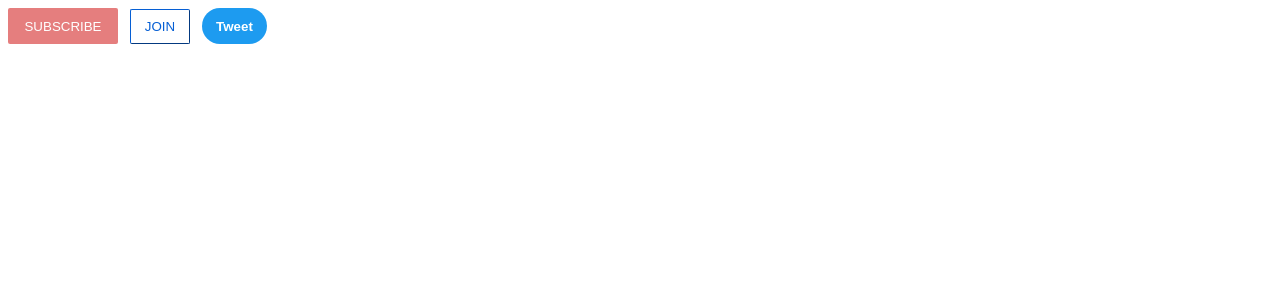
Repository: Kurumilli/Youtube
Page: buttons.html
An editor plug-in stored every save of this project. The page is shown before and after the next save, followed by the edit.
The browser window is 1280 px wide. The pictures show the whole page.
The first visible `.subscribe` is being pressed.

Above is the page before, as saved 2025-01-24 20:56:07.

### buttons.html
<html>
<body>
<style>
.subscribe{
    background-color: rgb(204, 0, 0);
    border:none;
    color: white;
    height: 36px;
    width: 110px;
    border-radius: 2px;
    cursor: pointer;
    transition: 0.15s;
}
    .subscribe:hover{
        opacity: 0.8;
    }

    .subscribe:active{
        opacity: 0.5;
    }

.join{
background-color: white;
color: rgb(6, 95, 212);
border-width: 1px;
height:35px;
width: 60px;
border-color:rgb(6, 95, 212);
border-radius: 2px;
cursor: pointer;
margin-left: 8px;
}

.tweet{
    background-color: rgb(29, 155, 240);
    border: none;
    height: 36px;
    color: white;
    width: 65px;
    border-radius: 18px;
    font-weight: bold;
    margin-left: 8px;

    }
</style>

<button class="subscribe">
    SUBSCRIBE
</button>

<button class="join">
    JOIN
</button>

<button class="tweet">
    Tweet
</button>




</body>
</html>

After the next save:
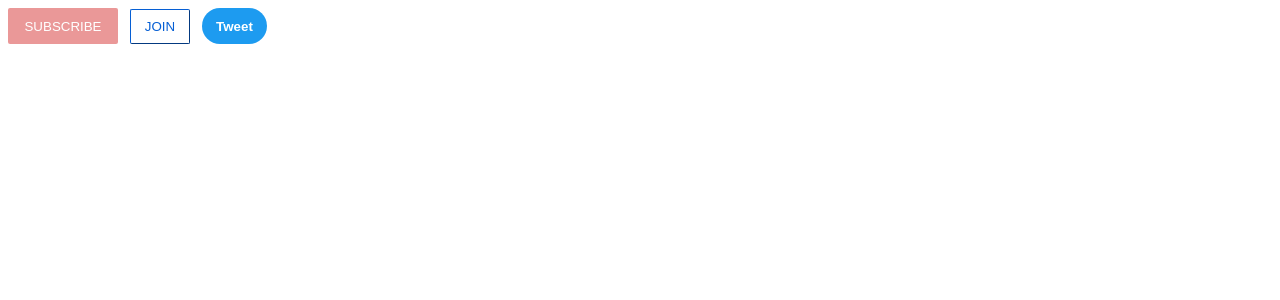
Saved 12 s later.
--- a/buttons.html
+++ b/buttons.html
@@ -16,7 +16,7 @@
     }
 
     .subscribe:active{
-        opacity: 0.5;
+        opacity: 0.4;
     }
 
 .join{
